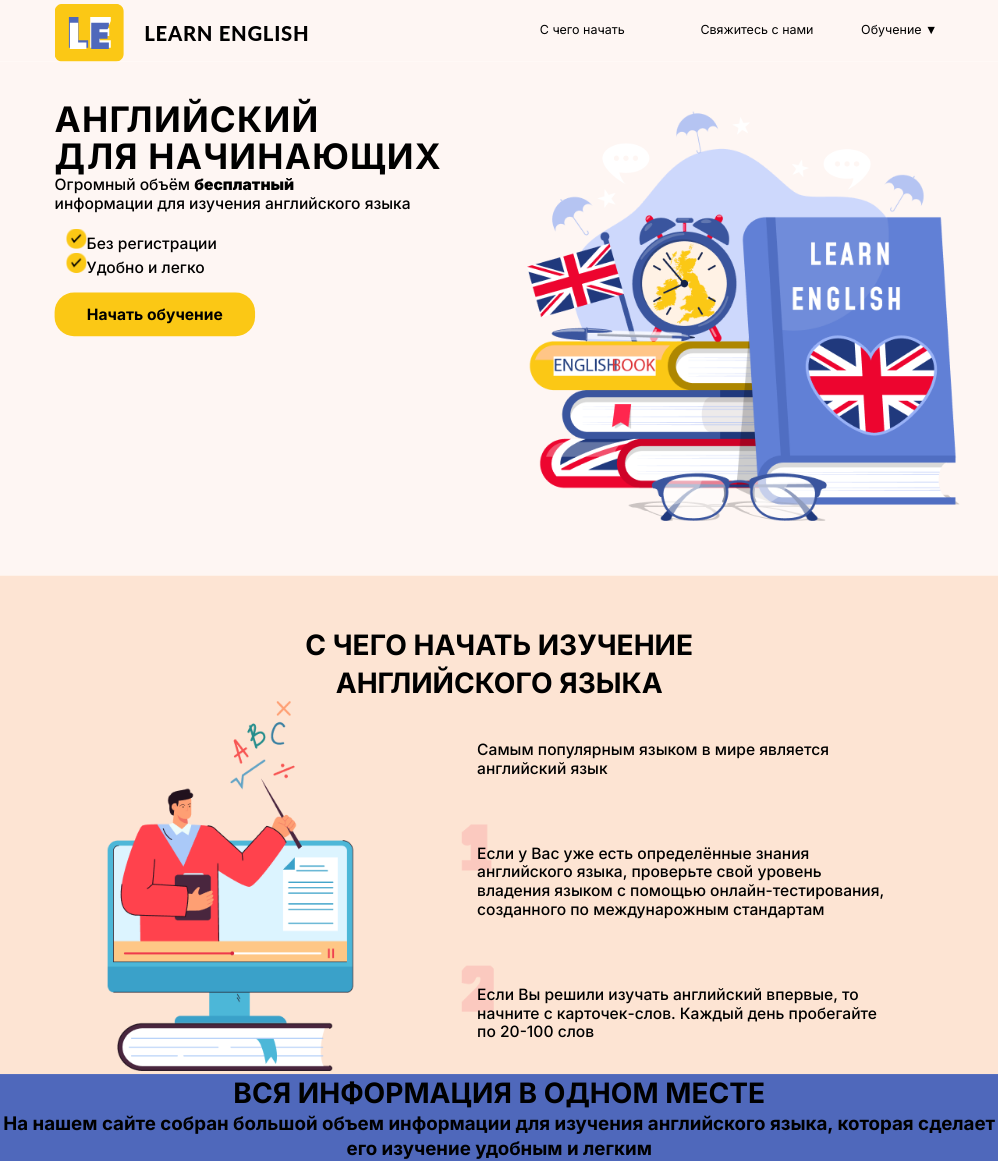
Repository: WladimirVA/Diplom
Page: scool/index.html
The author's editor kept a copy of each file at every save. The page is drawn from the files as they stood at one save, then again after the next save.
The browser window is 1280 px wide. The pictures show the whole page, at 78% of full size.

Above is the page before, as saved 2023-07-06 19:03:19.

### scool/index.html
<!DOCTYPE html>
<html lang="en">
<head>
    <meta charset="UTF-8">
    <meta name="viewport" content="width=device-width, initial-scale=1.0">
    <link href="./css/index.css" rel="stylesheet" type="text/css">
    <link href="../static/css/fonts.css" rel="stylesheet" type="text/css">
    <link rel="icon" sizes="16x16" href="./img/Vector.svg" type="image/x-icon">
    <title>Learn english</title>
</head>
<body>
    <header class="header" di="HOME">
        <div class="section">
            <div class="section-header">
                <div class="logo">
                    <img src="./img/Vector.svg">
                    <p>Learn english</p>
                </div>
                <div>

                    <ul class="ddropdownn">
                        <li class="ddropdownn-top">
                        <a class="ddropdownn-top" href="#">С чего начать</a>
                        </li>
                        <li class="ddropdownn-top">
                            <a class="ddropdownn-top" href="#">Свяжитесь с нами</a>
                        </li>
                        <li class="ddropdownn-top">
                        <a class="ddropdownn-top" href="#">Обучение &#9660;</a>
                            <ul class="ddropdownn-inside">
                                <li><a href="/">Карточки-слова</a></li>
                                <li><a href="/">Самоучитель</a></li>
                                <li><a href="/">Видео</a></li>
                                <li><a href="/">Тестирование</a></li>
                                <li><a href="/">Картинки</a></li>
                            </ul>
                        </li>

                    </ul>

                    <!-- <ul class="header-nav">
                        <li><a class="link" href="#ADVAN_TEST">С чего начать</a></li>
                        <li><a class="link" href="#LANGUAGE_LEVELS">Обучение &#9660;</a></li>
                        <li><a class="link" href="mailto:Vorobeyenglish@ya.ru">Свяжитесь с нами</a></li>
                         <li><a class="link" href="#">О проекте</a></li>
                    </ul> -->
                </div>
            </div>
        </div>
    </header>
    <main>
        <section class="BEGINNES">
            <div class="section">
                <div class="content-beginners">
                    <div class="beginners-inf">
                        <h1>Английский <br>для начинающих</h1>
                        <p>Огромный объём <span  style="font-weight:900"> бесплатный <br></span> информации для изучения английского языка</p>
                        <div>
                            <ul class="home_ul">
                                <li class="home_li"><img class="check" src="./img/Иконка _Галочка_ 3.svg">Без регистрации</li>
                                <li class="home_li"><img class="check" src="./img/Иконка _Галочка_ 3.svg">Удобно и легко</li>
                            </ul>
                        </div>
                        <div class="buttonsHome">
                            <form action="#" method="post">
                                <button class="button_home">Начать обучение</button>
                            </form>
                        </div>
                    </div>
                    <div class="beginners-img">
                        <img src="./img/BACKGROUND.png" alt="foto">
                    </div>
                </div>
            </div>
        </section>
        <section class="LEARNING">
            <div class="section">
                <div class="content-learning">
                    <h1>С чего начать изучение<br> английского языка</h1>
                        <div class="learning">
                            <div class="img-learning">
                                <img src="./img/Group 31.png" alt="foto">
                            </div>
                            <div class="learning-text">
                                <div>
                                    <p class="popular">Самым популярным языком в мире является английский язык</p>
                                </div>
                                <div class="learning-text-img">
                                    <img src="./img/1.png" alt="number1">
                                    <p>Если у Вас уже есть определённые знания английского языка, проверьте свой уровень владения языком с помощью онлайн-тестирования, созданного по междунарожным стандартам</p>
                                </div>
                                <div class="learning-text-img">
                                    <img src="./img/2.png" alt="number2">
                                    <p>Если Вы решили изучать английский впервые, то начните с карточек-слов. Каждый день пробегайте по 20-100 слов</p>
                                </div>
                            </div>
                        </div>
                </div>
            </div>
        </section>
        <section class="INFORMATION">
            <div class="section">
                <div class="content-information">
                    <div class="information-text"> </div>
                    <h1>Вся информация в одном месте</h1>
                    <p>На нашем сайте собран большой объем информации для изучения английского языка, которая сделает его изучение удобным и легким</p>

                </div>
            </div>
        </section>
    </main>

</body>
</html>

### scool/css/index.css
body {
    scroll-behavior: smooth;
    align-items: center;
    width: 100%;
    max-width: 1366px;
    margin: auto;
    font-family: 'Inter', 'Work Sans', "NunitoSans-Light", Arial, Helvetica, sans-serif;
}
* {
    margin: 0;
    padding: 0;
}

.logo {
    display: flex;
    align-items: center;
}

.logo p {
    font-family: Lato;
    font-size: 26px;
    font-weight: 800;
    line-height: 48px;
    letter-spacing: 0.035em;
    text-align: left;
    text-transform: uppercase;
    padding-left: 1em;
}

/* .link {
    font-family: Inter;
    font-size: 16px;
    font-weight: 500;
    line-height: 20px;
    letter-spacing: 0em;
    padding-right: 60px;
    text-decoration: none;
    color: #000000;


}

.header-nav {
    display: flex;
    list-style-type: none;
    padding-top: 20px;
} */
/* Стили выпадающего списка */
ul.ddropdownn li {/* Считаем координаты относительно исходного места. */
    position: relative; }
ul.ddropdownn, ul.ddropdownn-inside {
    /* Отступы на нуле. */
    padding: 0;
    /* Маркеры уберем. */
    list-style-type: none;
    }
ul.ddropdownn-inside {
    /* Спрячем дочерние элементы выпадающего списка. */
    left: -9999px;
    position: absolute;
    }
ul.ddropdownn li.ddropdownn-top {
    /* Небольшой отступ. */
    margin: 20px 1px 0 0;
    /* Выравнивание по левой стороне. */
    float: left;
    display: inline;
    }
ul.ddropdownn li.ddropdownn-top a {
    /* Делаю элементы блочными. */
    display: block;
    /* Снова отступы. */
    padding: 3px 30px 4px;
    text-decoration: none;
    color: black;
    font-family: Inter;
    width: 145px;
    }
/* ul.ddropdownn a.ddropdownn-top {/* Цвет фона. */ background: #FEF6F3; } */
ul.ddropdownn a.ddropdownn-top:hover {/* Отступы. */ padding: 13px 20px 4px; }
ul.ddropdownn li.ddropdownn-top:hover .ddropdownn-inside {
    left: 0;
    /* Делаю элементы блочными. */
    display: block;
    }
ul.ddropdownn .ddropdownn-inside {/* Цвет фона. */ background: #FEF6F3; }
ul.ddropdownn .ddropdownn-inside a:hover {/* Цвет фона изменится при наведении. */
    background: #FEF6F3; }


@media screen and (max-width: 745px) {
    .header-nav {
        display: block;
        padding-top: 0px;
    }
}


.section-header {
    display: flex;
    justify-content: space-between;
    background-color: #FEF6F3;
    padding: 5px 0px 0 70px;

}

.BEGINNES {
    background: #FEF6F3;
}

.content-beginners {
    display: flex;
    justify-content: space-between;
}

.beginners-inf {
    padding: 50px 0 0 70px;
}

.beginners-inf h1 {
    font-family: Inter;
    font-size: 44px;
    font-weight: 700;
    line-height: 48px;
    letter-spacing: -0.08em;
    text-align: left;
    text-transform: uppercase;
    font-family: Inter;
    font-size: 45px;
    font-weight: 700;
    line-height: 48px;
    letter-spacing: 0.035em;
    text-align: left;
}

.beginners-img img {
    width: 100%;
    height: auto;
}
.content-beginners {
    font-family: Inter;
    font-size: 22px;
    font-weight: 700;
    line-height: 24px;
    letter-spacing: 0em;
    text-align: left;

    font-family: Inter;
    font-size: 22px;
    font-weight: 500;
    line-height: 24px;
    letter-spacing: 0em;
    text-align: left;

    font-family: Inter;
    font-size: 20px;
    font-weight: 500;
    line-height: 24px;
    letter-spacing: 0em;
    text-align: left;
}

.home_ul {
    list-style-type: none;
    padding: 20px 0 20px 0;
}

.check {
    margin-left: 15px;
}

.button_home {
    font-family: Inter;
    font-size: 20px;
    font-weight: 700;
    line-height: 24px;
    letter-spacing: 0em;
    text-align: center;
    background:#FBC815;
    border-style: none;
    border-radius: 25px;
    width: 257px;
    height: 56px;
}

.LEARNING {
    background: #FDE4D3;
}

.learning {
    display: flex;
    justify-content: space-evenly;
}

.img-learning img {
    width: 100%;
    height: auto;
}

.content-learning h1 {
    text-align: center;
    text-transform: uppercase;
    font-family: Inter;
    font-size: 36px;
    font-weight: 700;
    line-height: 48px;
    letter-spacing: 0em;
    text-align: center;
    padding-top: 65px;

}

.popular {
    margin-left: 20px;
}

.learning-text {
    max-width: 550px;
    margin-top: 50px;
}

.learning-text p {
    font-family: Inter;
    font-size: 20px;
    font-weight: 500;
    line-height: 24px;
    letter-spacing: 0em;
    text-align: left;
}

.learning-text-img {
    margin-top: 60px;
}

.learning-text-img p {
    margin: -38px 0 0 20px;
}

.INFORMATION {
    background: #4F68BB;
}

.information-text {
    text-align: center;
    max-width: 932px;
}

.content-information h1 {
    font-family: Inter;
    font-size: 36px;
    font-weight: 700;
    line-height: 48px;
    letter-spacing: 0em;
    text-align: center;
    text-transform: uppercase;
}

.content-information p {
    font-family: Inter;
    font-size: 24px;
    font-weight: 700;
    line-height: 32px;
    letter-spacing: 0em;
    text-align: center;
}

### static/css/fonts.css
/* @import url('https://fonts.googleapis.com/css2?family=Work+Sans:ital,wght@0,600;0,800;1,800&display=swap'); */


/* @import url('https://fonts.googleapis.com/css2?family=Inter:wght@400;500;600;700;800&family=Work+Sans:ital,wght@0,600;0,800;1,800&display=swap'); */


@import url('https://fonts.googleapis.com/css2?family=Inter:wght@100;200;300;400;500;600;700;800;900&display=swap');

@import url('https://fonts.googleapis.com/css2?family=Inter:wght@100;200;300;400;500;600;700;800;900&family=Work+Sans:ital,wght@0,100;0,200;0,300;0,400;0,500;0,600;0,700;0,800;0,900;1,100;1,200;1,300;1,400;1,500;1,600;1,700;1,800;1,900&display=swap');

After the next save:
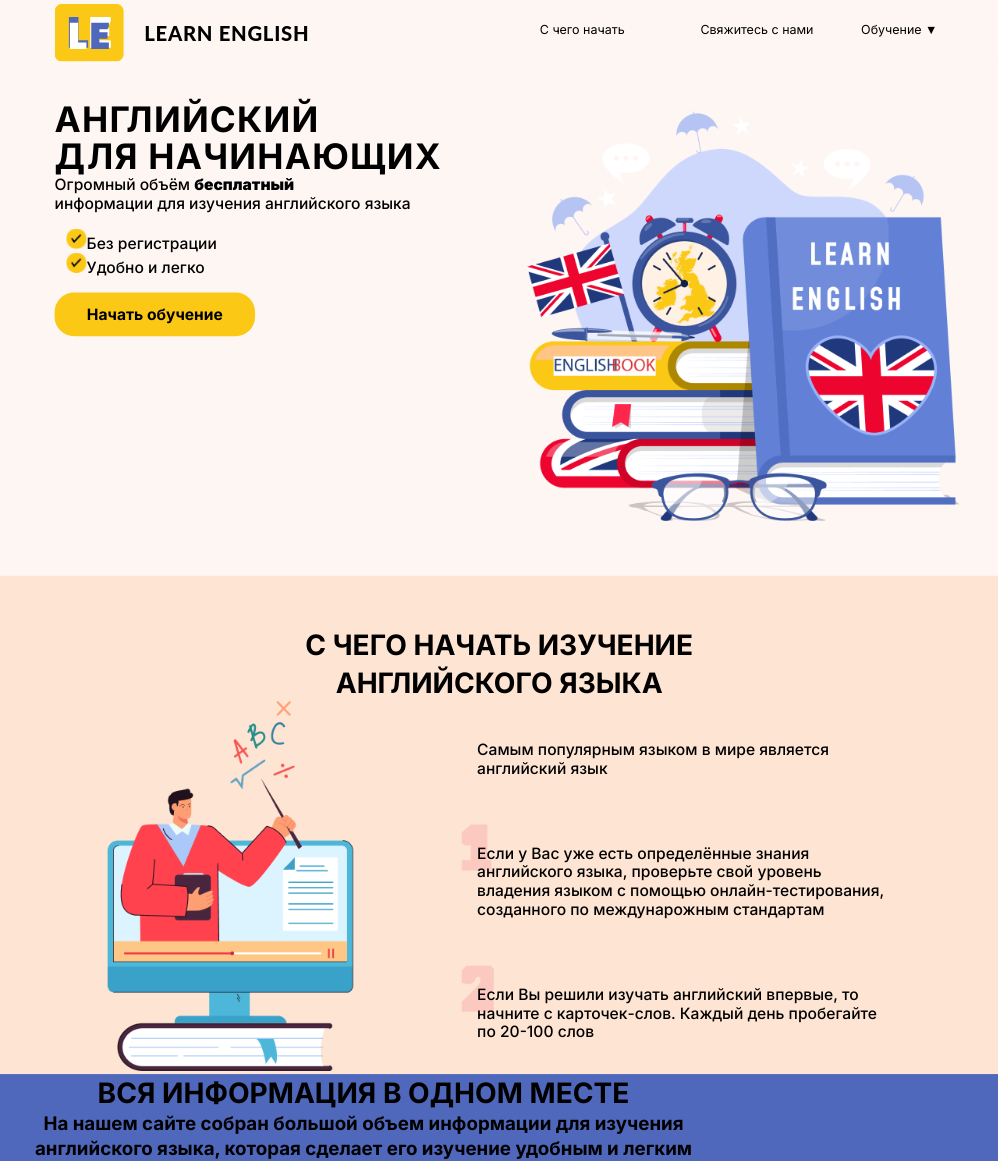
Saved 27 s later.
--- a/scool/index.html
+++ b/scool/index.html
@@ -101,10 +101,10 @@
         <section class="INFORMATION">
             <div class="section">
                 <div class="content-information">
-                    <div class="information-text"> </div>
-                    <h1>Вся информация в одном месте</h1>
-                    <p>На нашем сайте собран большой объем информации для изучения английского языка, которая сделает его изучение удобным и легким</p>
-
+                    <div class="information-text">
+                        <h1>Вся информация в одном месте</h1>
+                        <p>На нашем сайте собран большой объем информации для изучения английского языка, которая сделает его изучение удобным и легким</p>
+                    </div>
                 </div>
             </div>
         </section>

After the save that followed:
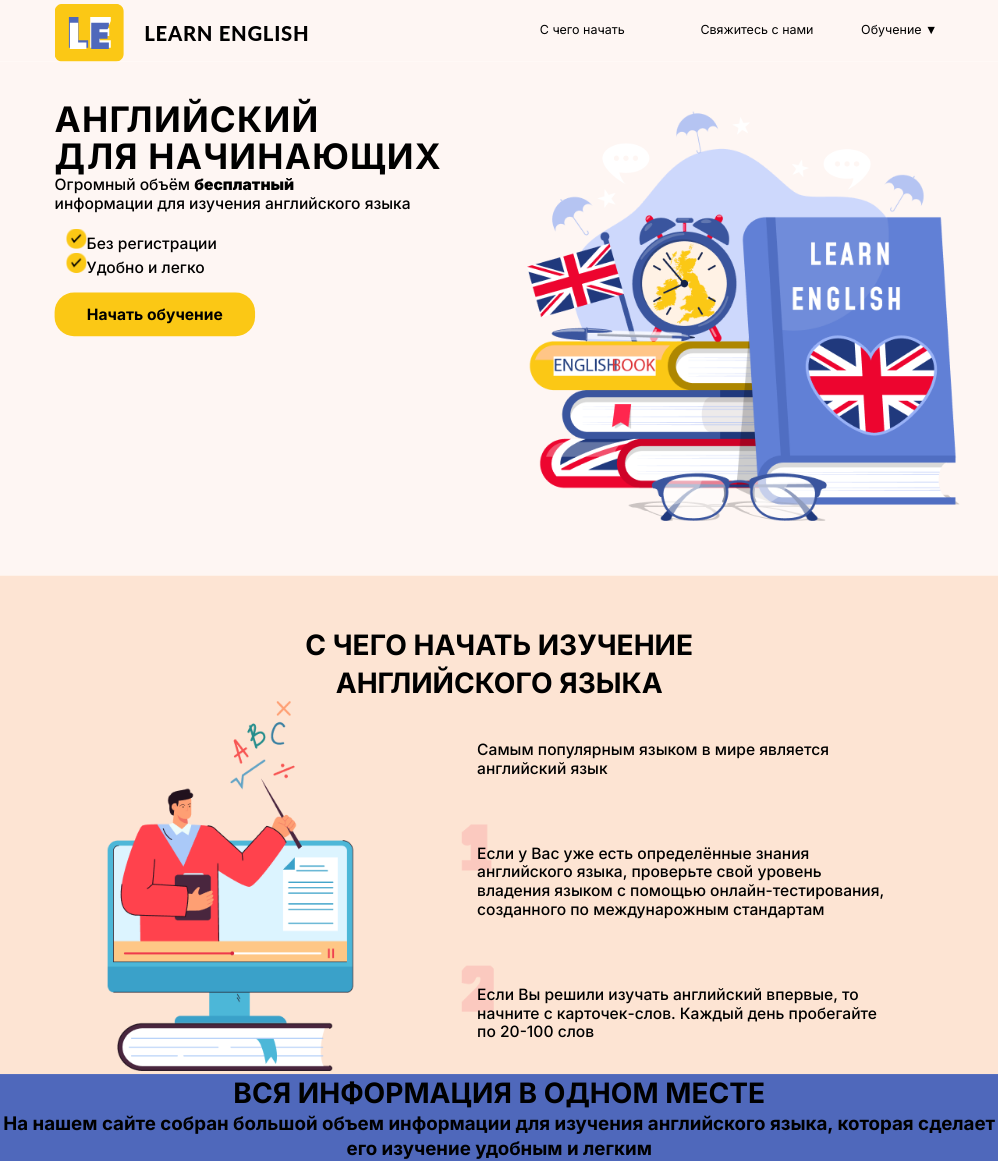
Saved 14 s later.
--- a/scool/css/index.css
+++ b/scool/css/index.css
@@ -242,7 +242,7 @@ ul.ddropdownn .ddropdownn-inside a:hover {/* Цвет фона изменитс
 
 .information-text {
     text-align: center;
-    max-width: 932px;
+    /* max-width: 932px; */
 }
 
 .content-information h1 {
